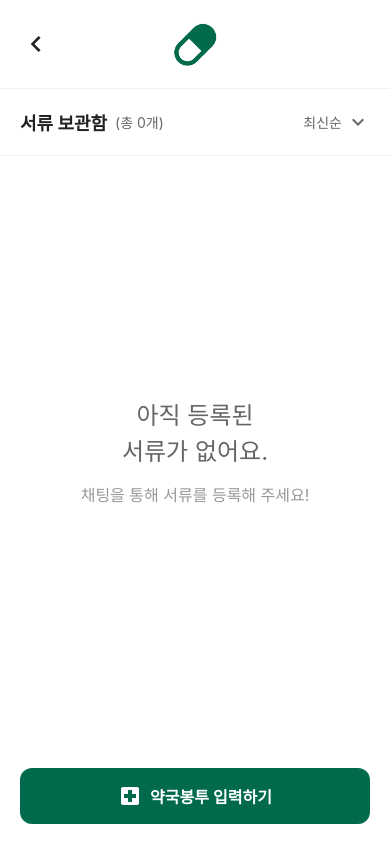
Repository: Sesac-icare/FrontEndiCare
Screen: /DocumentStorage (app in iCare/)
The author's editor kept a copy of each file at every save. The screen is drawn from the files as they stood at one save, then again after the next save.
The app was drawn by React Native's web renderer in a window 390 px wide. The project was rebuilt for these pictures with package versions that can differ from the ones it lists, and the page was loaded fresh each time. Some packages were replaced by stand-ins written for this rebuild. Also part of the build but not shown: iCare/components/Header.js, iCare/components/Contents.js, iCare/components/HospitalList.js, iCare/components/PharmacyList.js, iCare/components/MyPage.js, iCare/components/auth/SignUp.js.

Above is the screen before, as saved 2025-02-06 13:34:23.

After the next save:
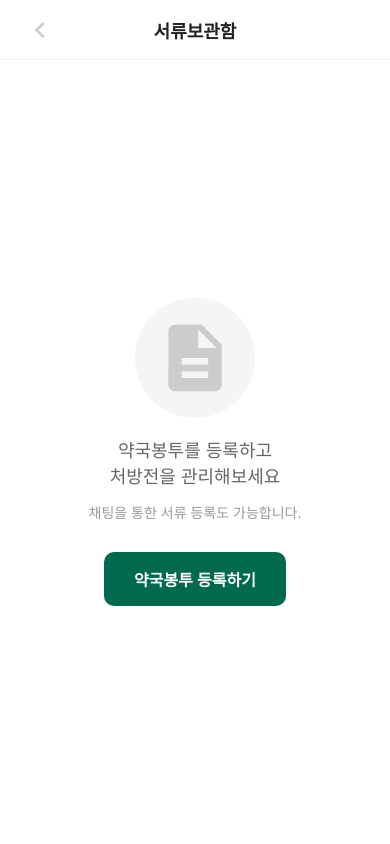
Saved 48 s later.
--- a/iCare/components/DocumentStorage.js
+++ b/iCare/components/DocumentStorage.js
@@ -22,38 +22,28 @@ export default function DocumentStorage() {
             style={styles.backButton}
             onPress={() => navigation.goBack()}
           >
-            <MaterialIcons name="chevron-left" size={32} color="#222" />
+            <MaterialIcons name="chevron-left" size={32} color="#CCCCCC" />
           </TouchableOpacity>
-          <Image
-            source={require("../assets/HeaderGreenLogo.png")}
-            style={styles.logo}
-            resizeMode="contain"
-          />
-        </View>
-
-        <View style={styles.subHeader}>
-          <View style={styles.titleContainer}>
-            <Text style={styles.headerTitle}>서류 보관함</Text>
-            <Text style={styles.documentCount}>(총 {totalDocuments}개)</Text>
-          </View>
-          <TouchableOpacity style={styles.filterButton}>
-            <Text style={styles.filterText}>최신순</Text>
-            <MaterialIcons name="keyboard-arrow-down" size={24} color="#666666" />
-          </TouchableOpacity>
+          <Text style={styles.headerTitle}>서류보관함</Text>
         </View>
 
         <View style={styles.content}>
           <View style={styles.emptyContainer}>
-            <Text style={styles.emptyTitle}>아직 등록된</Text>
-            <Text style={styles.emptyTitle}>서류가 없어요.</Text>
-            <Text style={styles.emptySubtitle}>채팅을 통해 서류를 등록해 주세요!</Text>
+            <View style={styles.iconContainer}>
+              <MaterialIcons name="description" size={80} color="#CCCCCC" />
+            </View>
+            <Text style={styles.emptyText}>
+              약국봉투를 등록하고{"\n"}
+              처방전을 관리해보세요
+            </Text>
+            <Text style={styles.subText}>
+              채팅을 통한 서류 등록도 가능합니다.
+            </Text>
+            <TouchableOpacity style={styles.addButton}>
+              <Text style={styles.addButtonText}>약국봉투 등록하기</Text>
+            </TouchableOpacity>
           </View>
         </View>
-
-        <TouchableOpacity style={styles.addButton}>
-          <MaterialIcons name="local-hospital" size={24} color="#fff" style={styles.buttonIcon} />
-          <Text style={styles.addButtonText}>약국봉투 입력하기</Text>
-        </TouchableOpacity>
       </View>
     </SafeAreaView>
   );
@@ -71,83 +61,63 @@ const styles = StyleSheet.create({
   header: {
     flexDirection: "row",
     alignItems: "center",
-    padding: 20,
     backgroundColor: "#fff",
+    position: "relative",
     borderBottomWidth: 1,
-    borderBottomColor: "#f0f0f0"
+    borderBottomColor: "#f0f0f0",
+    height: 60,
+    paddingVertical: 10
   },
   backButton: {
+    padding: 4,
     position: "absolute",
     left: 20,
     zIndex: 1
   },
-  logo: {
-    width: 48,
-    height: 48,
-    marginLeft: "auto",
-    marginRight: "auto"
-  },
-  subHeader: {
-    flexDirection: "row",
-    justifyContent: "space-between",
-    alignItems: "center",
-    padding: 20,
-    backgroundColor: "#fff",
-    borderBottomWidth: 1,
-    borderBottomColor: "#f0f0f0"
-  },
-  titleContainer: {
-    flexDirection: "row",
-    alignItems: "center"
-  },
   headerTitle: {
+    flex: 1,
+    textAlign: "center",
     fontSize: 18,
     fontWeight: "bold",
     color: "#222",
-    marginRight: 8
-  },
-  documentCount: {
-    fontSize: 14,
-    color: "#666"
-  },
-  filterButton: {
-    flexDirection: "row",
-    alignItems: "center"
-  },
-  filterText: {
-    fontSize: 14,
-    color: "#666",
-    marginRight: 4
+    paddingHorizontal: 40
   },
   content: {
     flex: 1,
     justifyContent: "center",
-    alignItems: "center"
+    alignItems: "center",
+    padding: 20
   },
   emptyContainer: {
     alignItems: "center"
   },
-  emptyTitle: {
-    fontSize: 24,
+  iconContainer: {
+    width: 120,
+    height: 120,
+    backgroundColor: "#f5f5f5",
+    borderRadius: 60,
+    justifyContent: "center",
+    alignItems: "center",
+    marginBottom: 20
+  },
+  emptyText: {
+    fontSize: 18,
     color: "#666",
-    lineHeight: 36
+    textAlign: "center",
+    lineHeight: 26,
+    marginBottom: 12
   },
-  emptySubtitle: {
-    fontSize: 16,
+  subText: {
+    fontSize: 14,
     color: "#999",
-    marginTop: 12
+    textAlign: "center",
+    marginBottom: 30
   },
   addButton: {
-    flexDirection: "row",
-    alignItems: "center",
-    justifyContent: "center",
     backgroundColor: "#016A4C",
-    margin: 20,
-    padding: 16,
-    borderRadius: 12
-  },
-  buttonIcon: {
-    marginRight: 8
+    paddingVertical: 15,
+    paddingHorizontal: 30,
+    borderRadius: 10
   },
   addButtonText: {
     color: "#fff",
